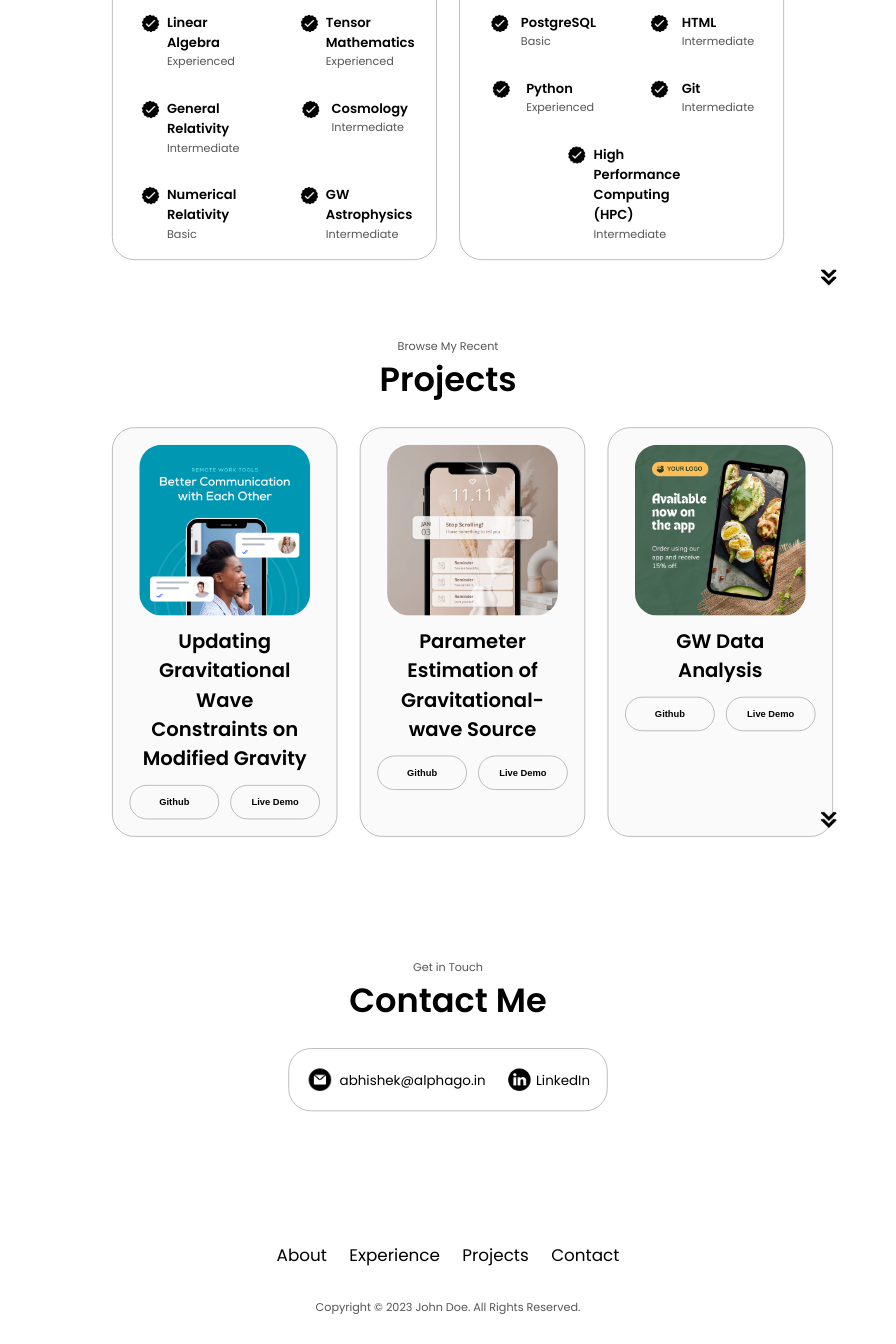
Repository: APersonalVoyage/APersonalVoyage.github.io
Page: index.html
An editor plug-in stored every save of this project. The page is shown before and after the next save, followed by the edit.
The browser window is 1280 px wide. The pictures show the part of the page from y = 1628 to 3548 px (the page is 3548 px tall before and 3506 px after), at 70% of full size.
A picture or video elsewhere on the page could not be fetched, so the positions and the page height are approximate.

Above is the page before, as saved 2023-08-24 12:11:40.

After the next save:
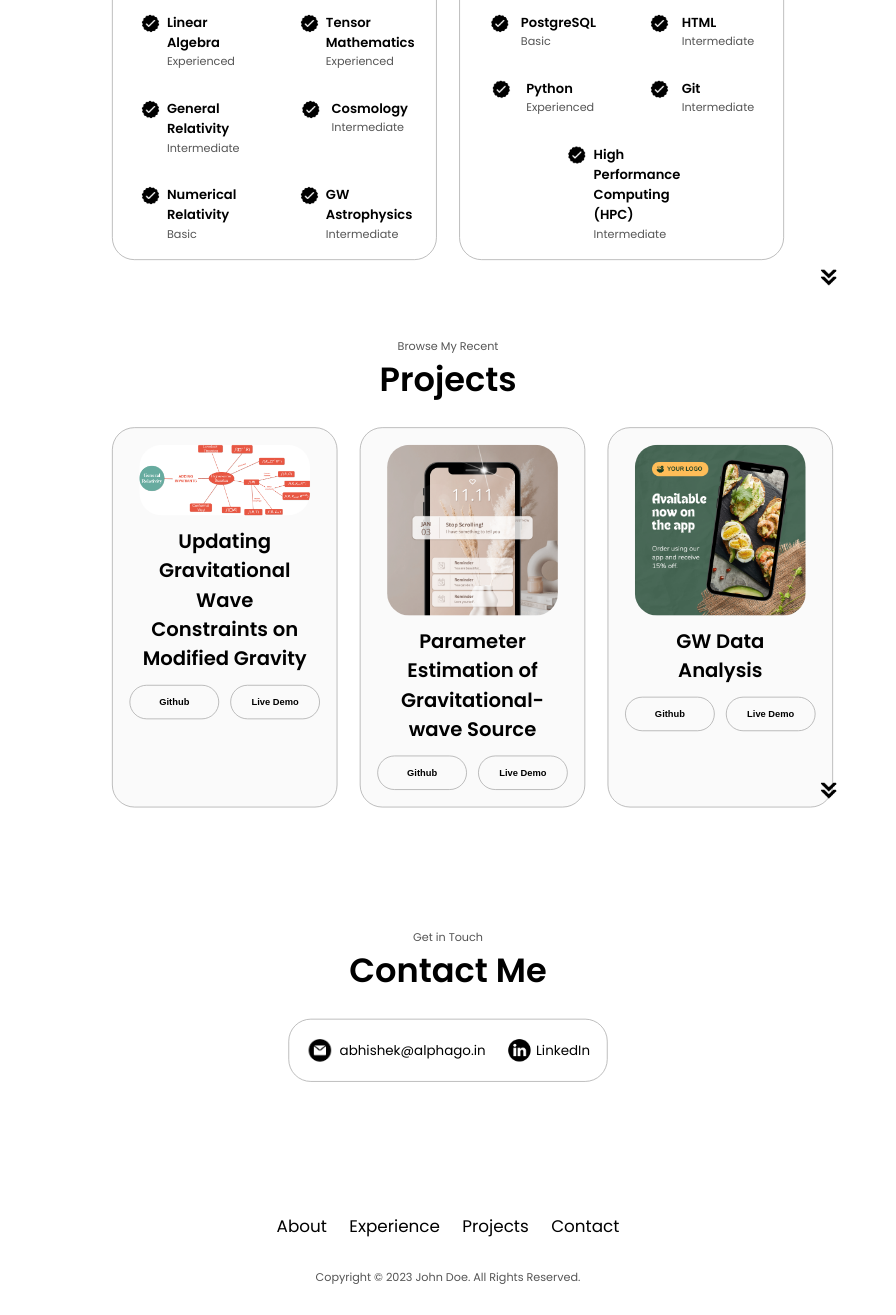
Saved 3 min 21 s later.
--- a/index.html
+++ b/index.html
@@ -274,7 +274,7 @@
         <div class="details-container color-container">
           <div class="article-container">
             <img
-              src="./assets/project-1.png"
+              src="./assets/10-Figure2-1.png"
               alt="Project 1"
               class="project-img"
             />
